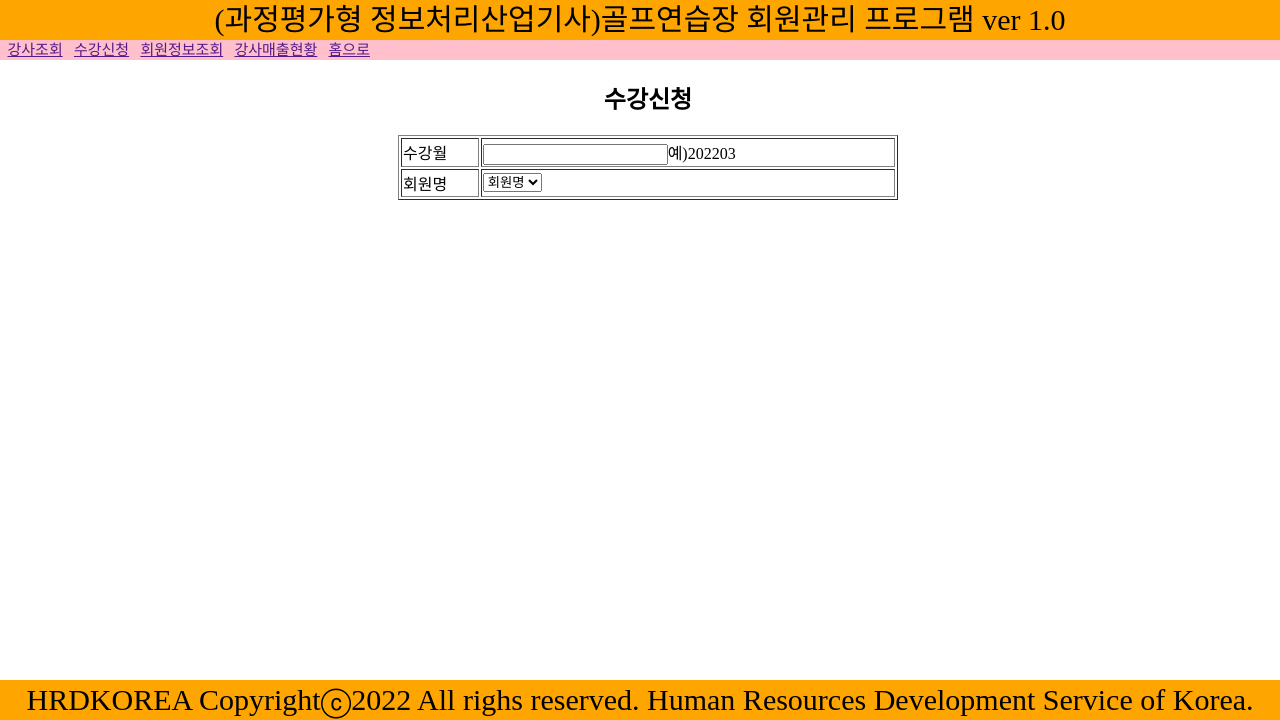
Repository: YeoJeongmo/hrdKorea
Page: http://localhost/HRD_1/insert.jsp
These files come from the project's save history. The page is drawn as it stood at one moment and after the next save; the edit follows.
The browser window is 1280 px wide. The pictures show the whole page.
The page is served by Tomcat 9.

Above is the page before, as saved 2024-09-04 12:13:18.

After the next save:
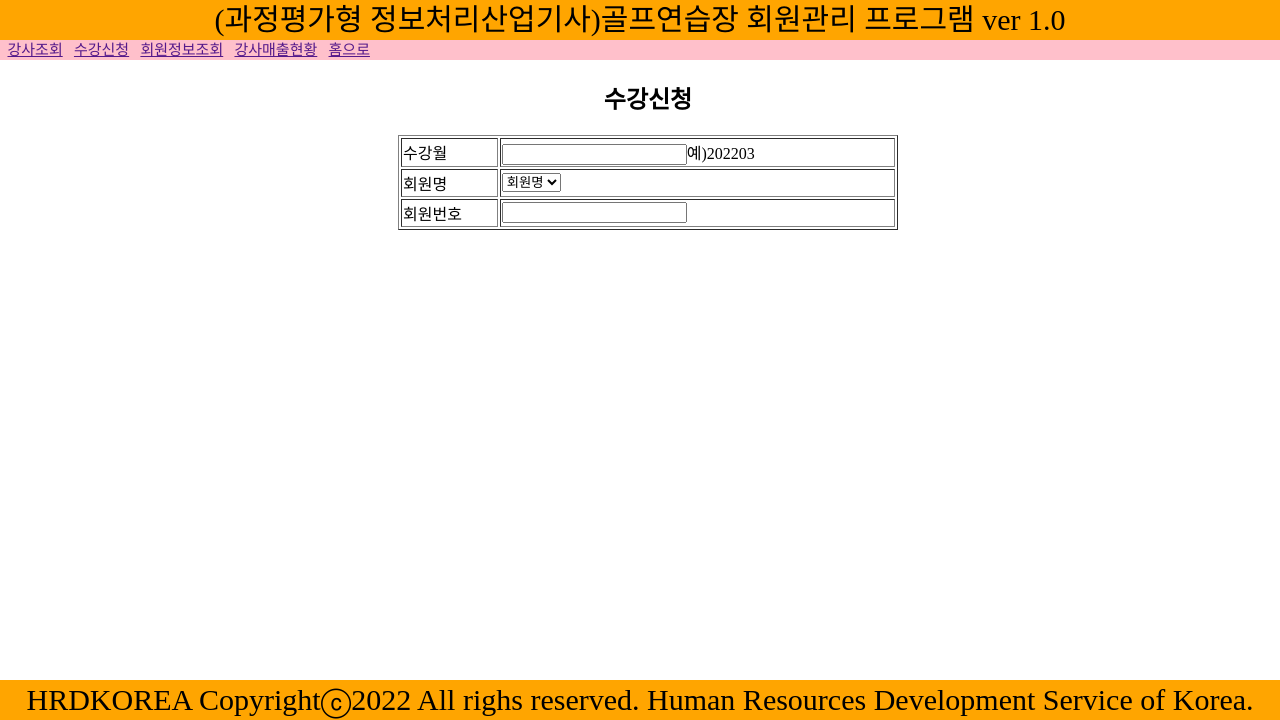
Saved 34 s later.
--- a/cbq_05/workspace/HRD_1/src/main/webapp/insert.jsp
+++ b/cbq_05/workspace/HRD_1/src/main/webapp/insert.jsp
@@ -29,6 +29,10 @@
 				</select>
 			</td>
 		</tr>
+		<tr>
+			<td> 회원번호 </td>
+			<td> <input type="text" name="c_no"> </td>
+		</tr>
 	</table>
 	</form>
 </section>
